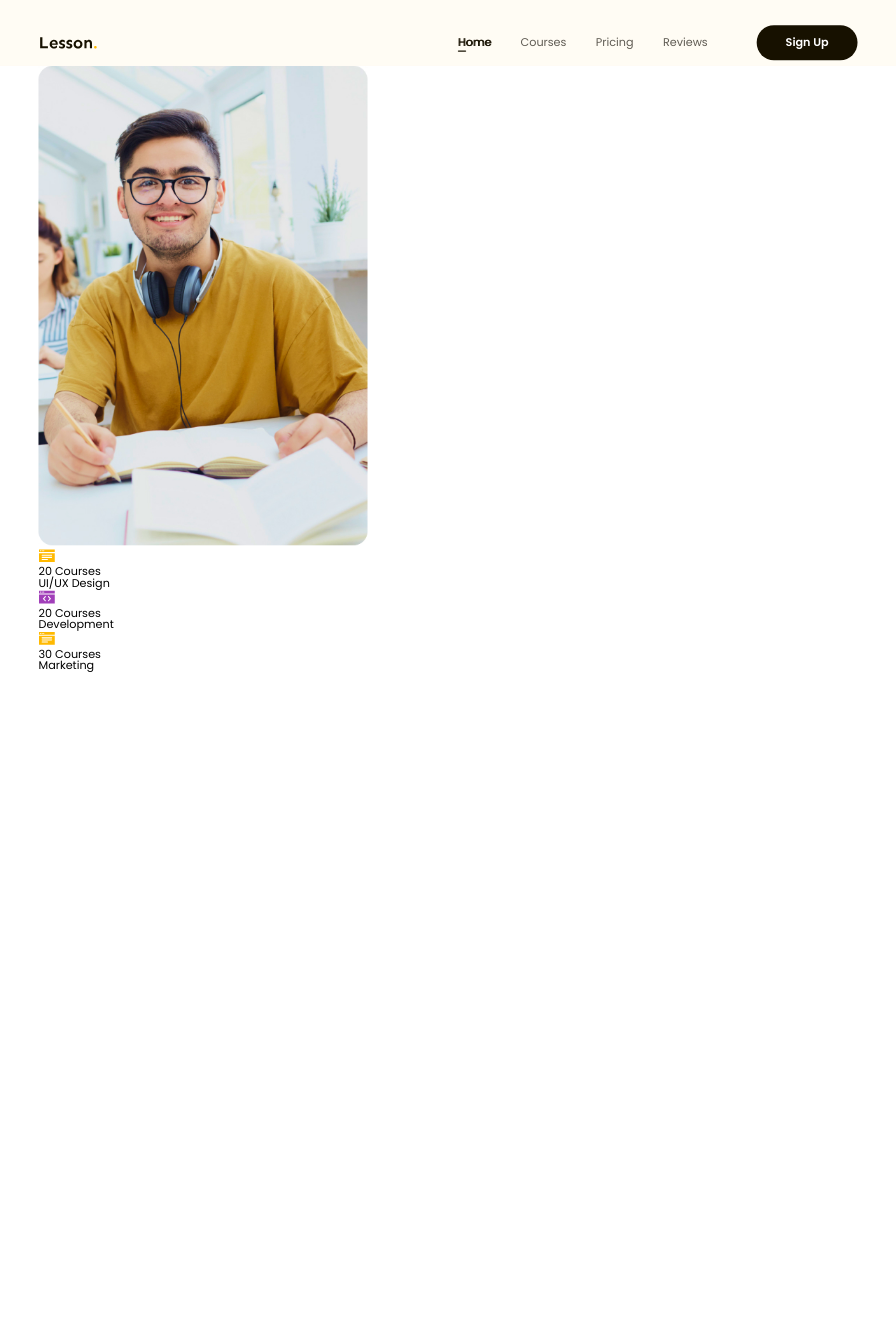
Repository: Tibi2003/f8-htmlcss-02
Page: index.html
An editor plug-in stored every save of this project. The page is shown before and after the next save, followed by the edit.
The browser window is 1280 px wide. The pictures show the part of the page from y = 0 to 1920 px (the page is 5000 px tall), at 70% of full size.

Above is the page before, as saved 2024-03-07 09:16:54.

After the next save:
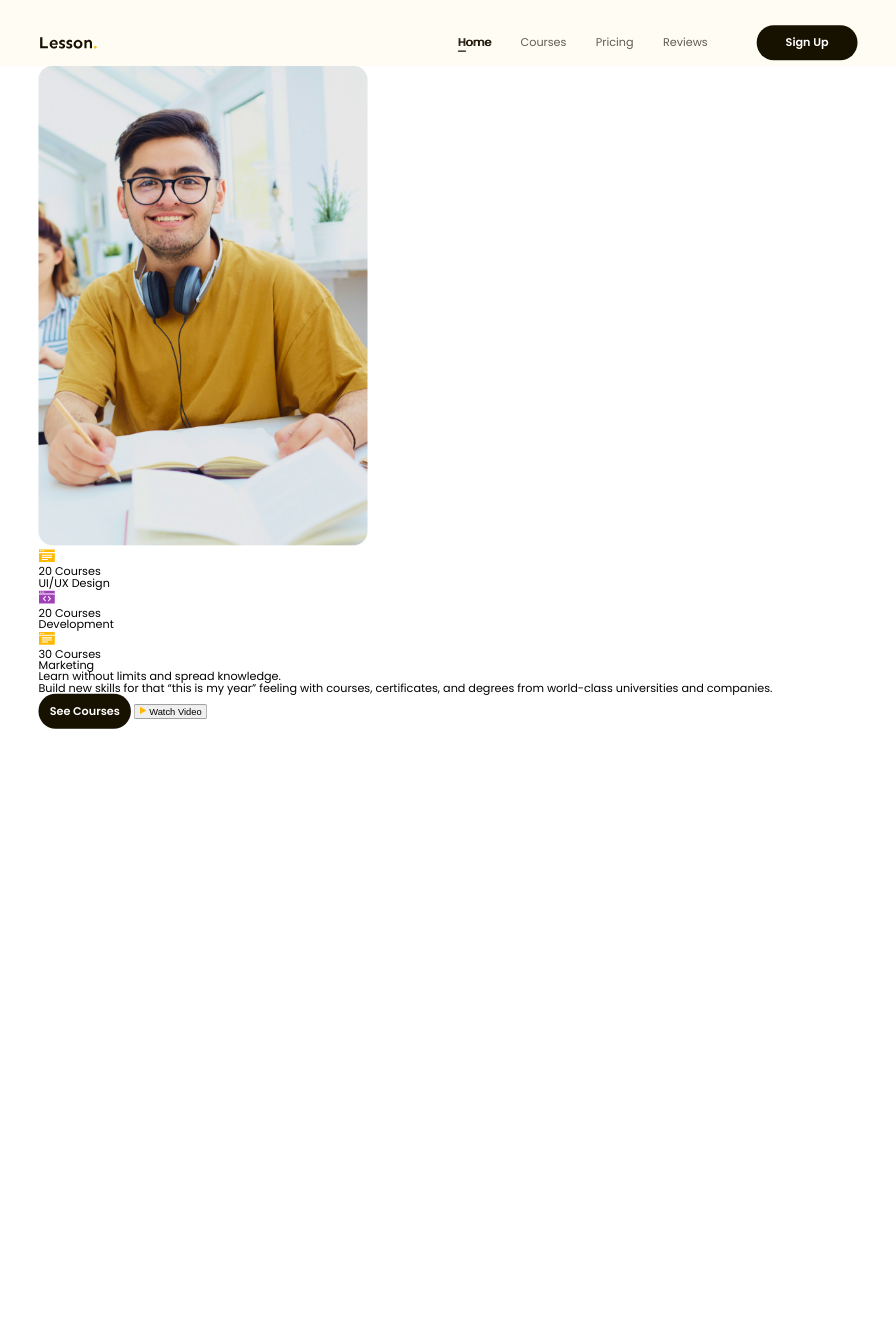
Saved 13 min 53 s later.
--- a/index.html
+++ b/index.html
@@ -102,7 +102,27 @@
 						</div>
 
 						<!-- Hero right -->
-						<div class="content-block"></div>
+						<div class="content-block">
+							<h1 class="heading">
+								Learn without limits and spread knowledge.
+							</h1>
+							<p class="desc">
+								Build new skills for that “this is my year”
+								feeling with courses, certificates, and degrees
+								from world-class universities and companies.
+							</p>
+							<div class="cta-group">
+								<a href="#!" class="btn">See Courses</a>
+								<button class="watch-video">
+									<div class="icon">
+										<img
+											src="./assets/icons/play.svg"
+											alt="" />
+										<span>Watch Video</span>
+									</div>
+								</button>
+							</div>
+						</div>
 					</div>
 				</div>
 			</div>
